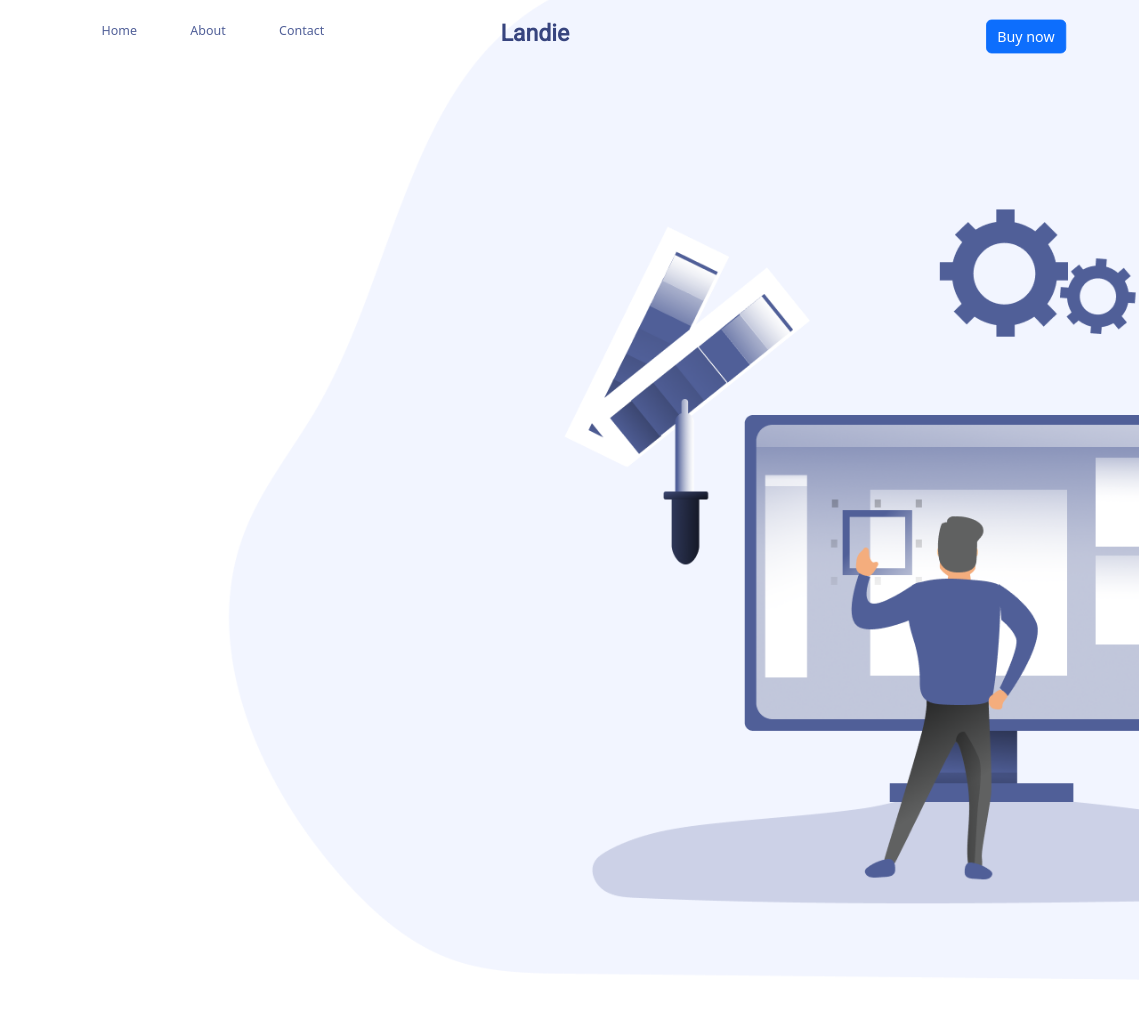
Repository: batonAnton/HW-Lec12-sass-pug
Page: index.html
The author's editor kept a copy of each file at every save. The page is drawn from the files as they stood at one save, then again after the next save.
The browser window is 1280 px wide. The pictures show the whole page, at 89% of full size.
The style sheet was rebuilt from its Sass, Less or Tailwind sources for each picture, by a compiler version that may differ from the author's.

Above is the page before, as saved 2022-07-29 15:35:52.

After the next save:
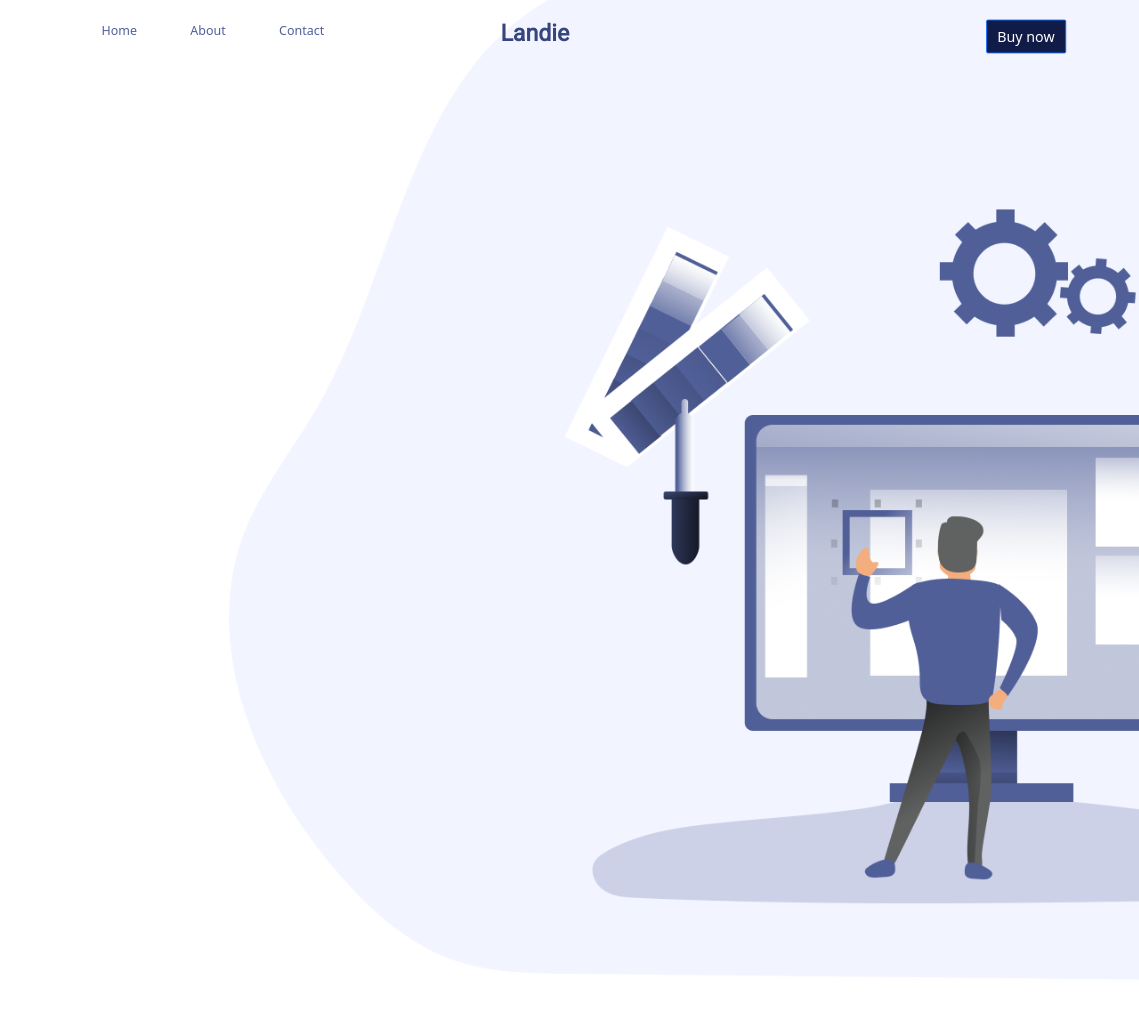
Saved 4 min 54 s later.
--- a/index.html
+++ b/index.html
@@ -32,7 +32,7 @@
                             <h1>Landie</h1>
                         </div>
                         <div class="button">
-                            <button type="button" class="btn btn-primary">Buy now</button>
+                            <button type="button" class="btn btn-menu btn-primary">Buy now</button>
                         </div>
                     </div>
                 </nav>
